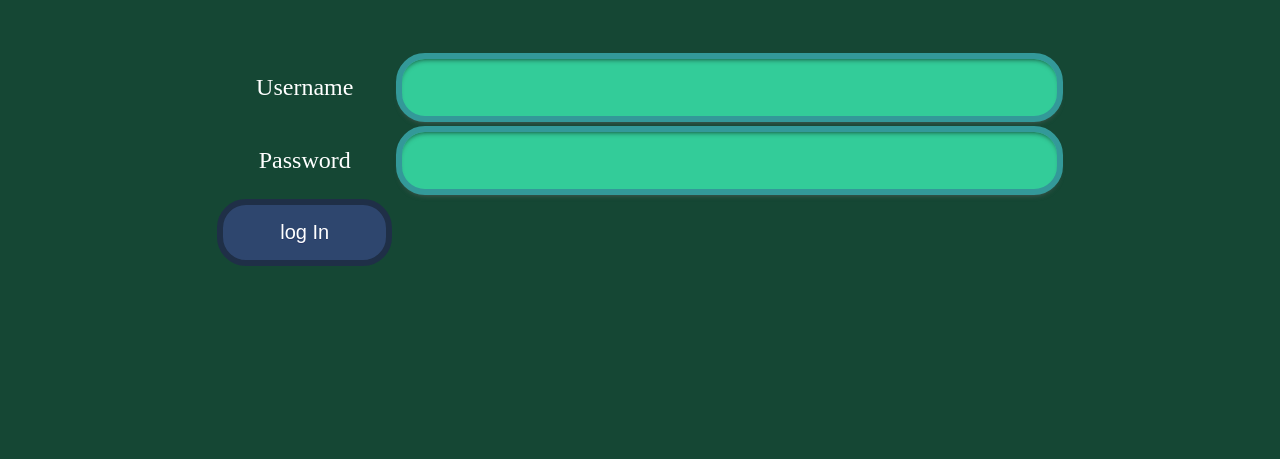
Repository: prajaktamore/Web-Based-Programming-3
Page: http://localhost/BinaryCalculator/AdminFunctionLogin.jsp
These files come from the project's save history. The page is drawn as it stood at one moment and after the next save; the edit follows.
The browser window is 1280 px wide. The pictures show the whole page.
The page is served by Tomcat 9.

Above is the page before, as saved 2014-05-04 18:25:57.

After the next save:
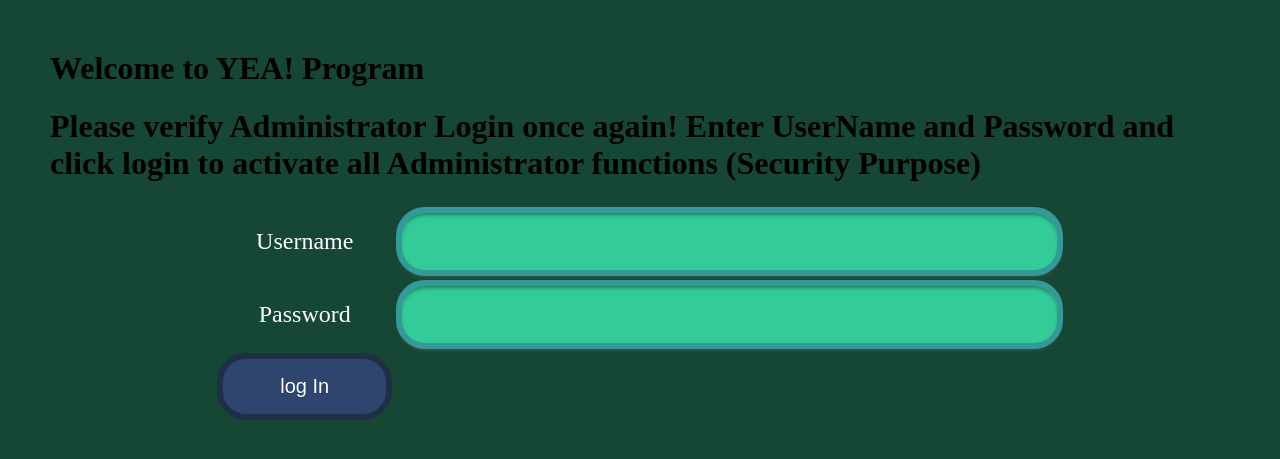
Saved 91 s later.
--- a/BinaryCalculator/WebContent/AdminFunctionLogin.jsp
+++ b/BinaryCalculator/WebContent/AdminFunctionLogin.jsp
@@ -8,6 +8,9 @@
 <link href="more.css" rel="stylesheet" type="text/css" />
 </head>
 <body>
+<h1>Welcome to YEA! Program</h1>
+<h1>Please verify Administrator Login once again! Enter UserName and Password and click login to activate all Administrator functions (Security Purpose)</h1>
+
 <form method="POST" action="SubmitAdmin">
   <table width="page" align="center" >
 					<tr>
